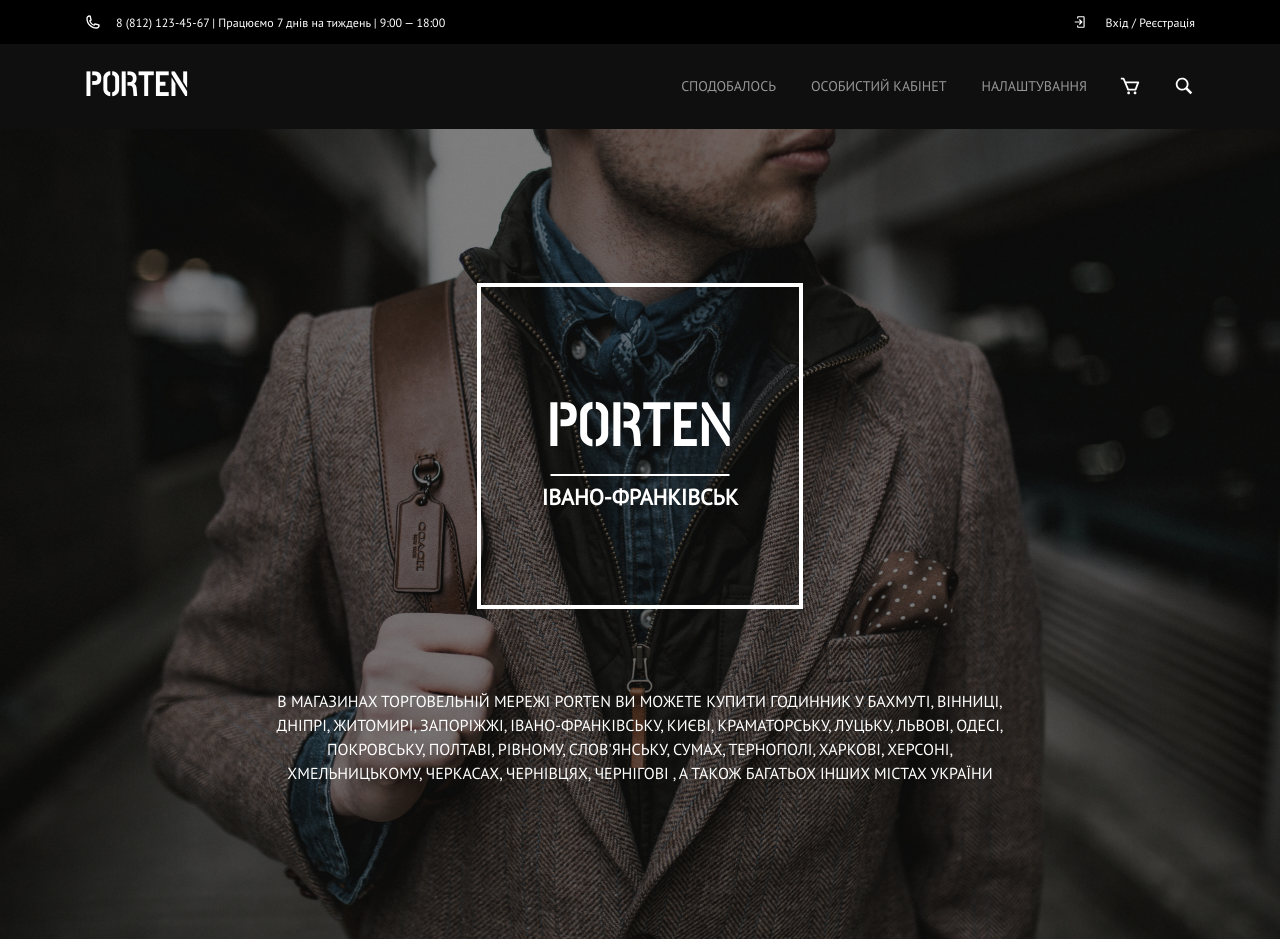
Repository: KYUUBI-K/porten
Page: index.html
The author's editor kept a copy of each file at every save. The page is drawn from the files as they stood at one save, then again after the next save.
The browser window is 1280 px wide. The pictures show the whole page.

Above is the page before, as saved 2025-09-09 21:39:56.

After the next save:
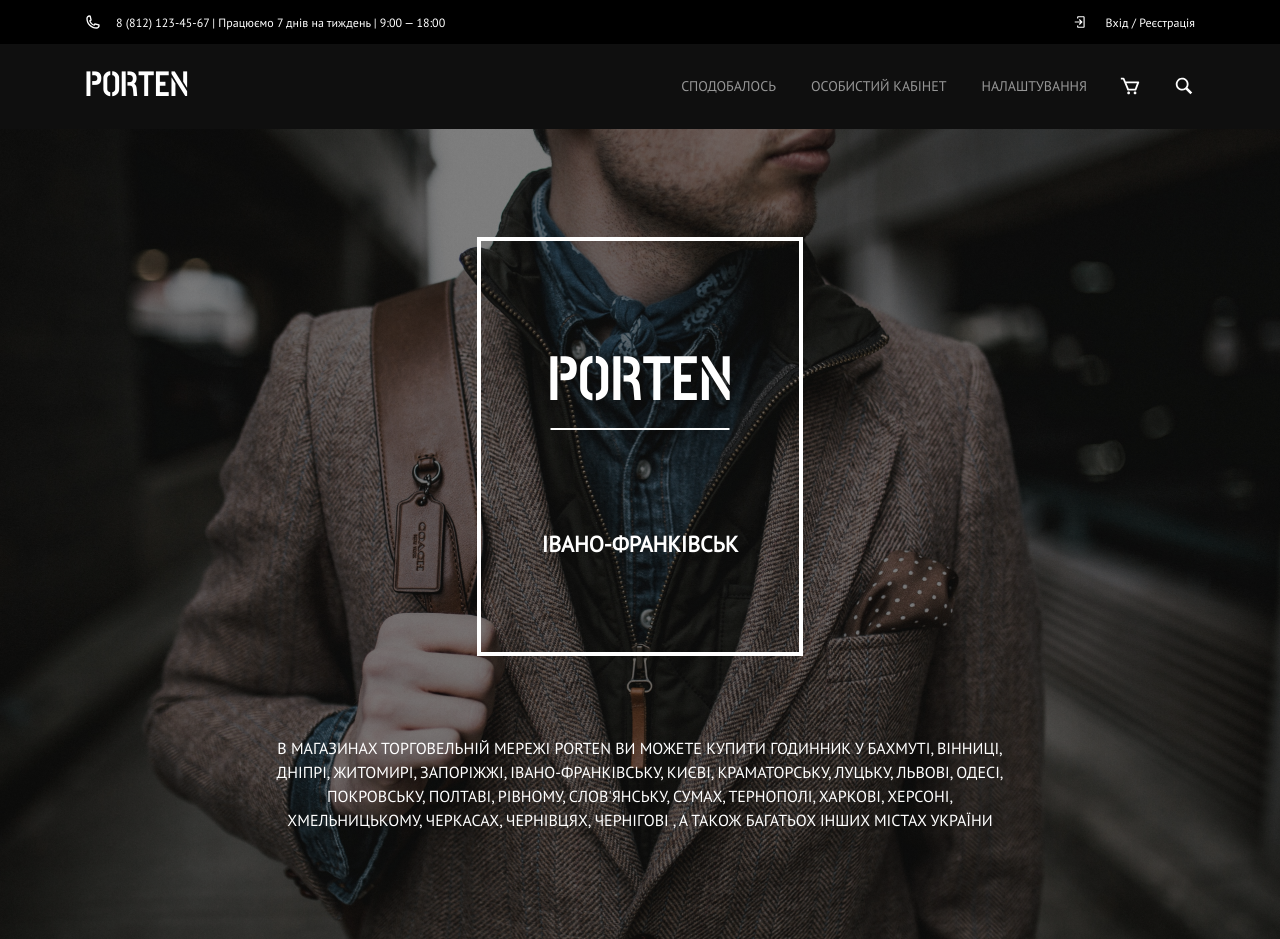
Saved 83 s later.
--- a/styles.css
+++ b/styles.css
@@ -165,7 +165,7 @@
 }
 
 .banner-subtitle {
-  margin-top: 7px;
+  margin-top: 100px;
   font-family: var(--font-family-base);
   font-size: 22px;
 }
